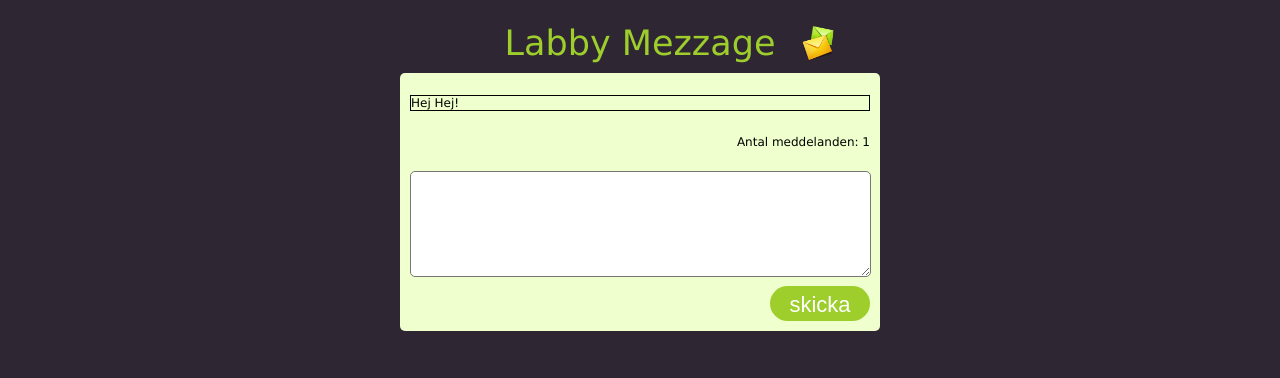
Repository: ad222kr/1dv403-laborationer
Page: 2-labbymezzage/index.html
The author's editor kept a record of every edit. The page is drawn from the files as they stood at one moment, then again after the next edit.
The browser window is 1280 px wide. The pictures show the whole page.

Above is the page before.

After the next edit:
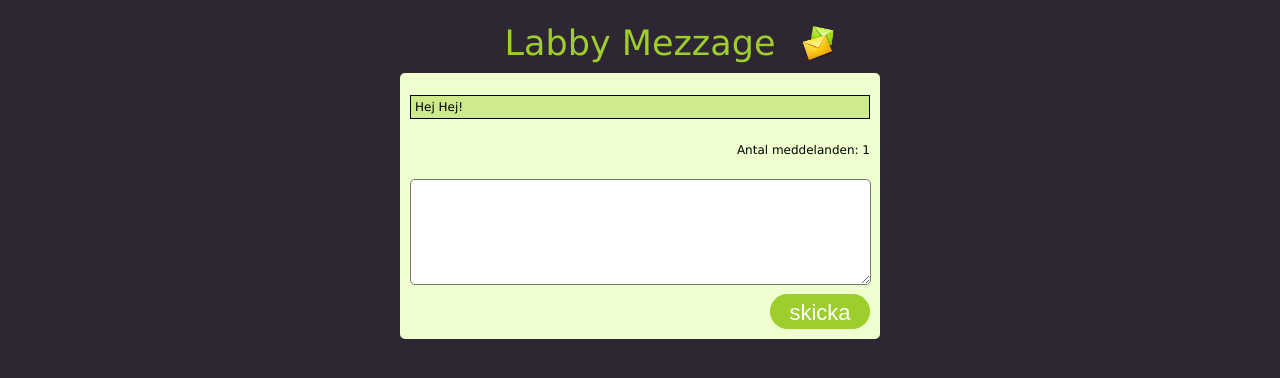
The edit:
--- a/2-labbymezzage/css/style.css
+++ b/2-labbymezzage/css/style.css
@@ -100,5 +100,6 @@
 .message{
     font-size: 12px;
     border: solid 1px;
-    co
+    background: #cdeb8b;
+    padding: 4px;
 }
